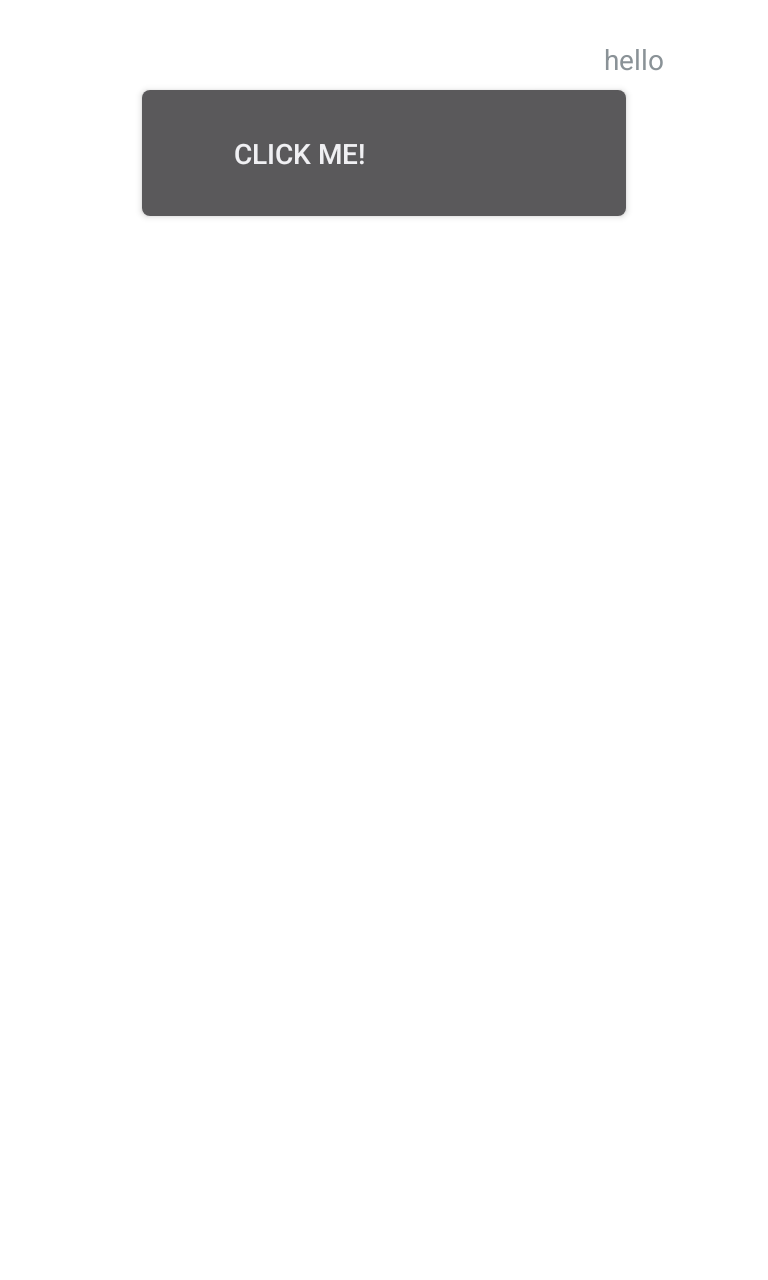
Repository: RibuRoyson/exercise
Layout: HelloWorld/res/layout/layoutgravity.xml
These files come from the project's save history. The layout is drawn as it stood at one moment and after the next save; the edit follows.
It is drawn on a 768 x 1280 px phone screen (xhdpi) without system bars, with theme android:Theme.DeviceDefault.Wallpaper; the app's code is not run.

Above is the layout before, as saved 2015-02-10 04:17:38.

After the next save:
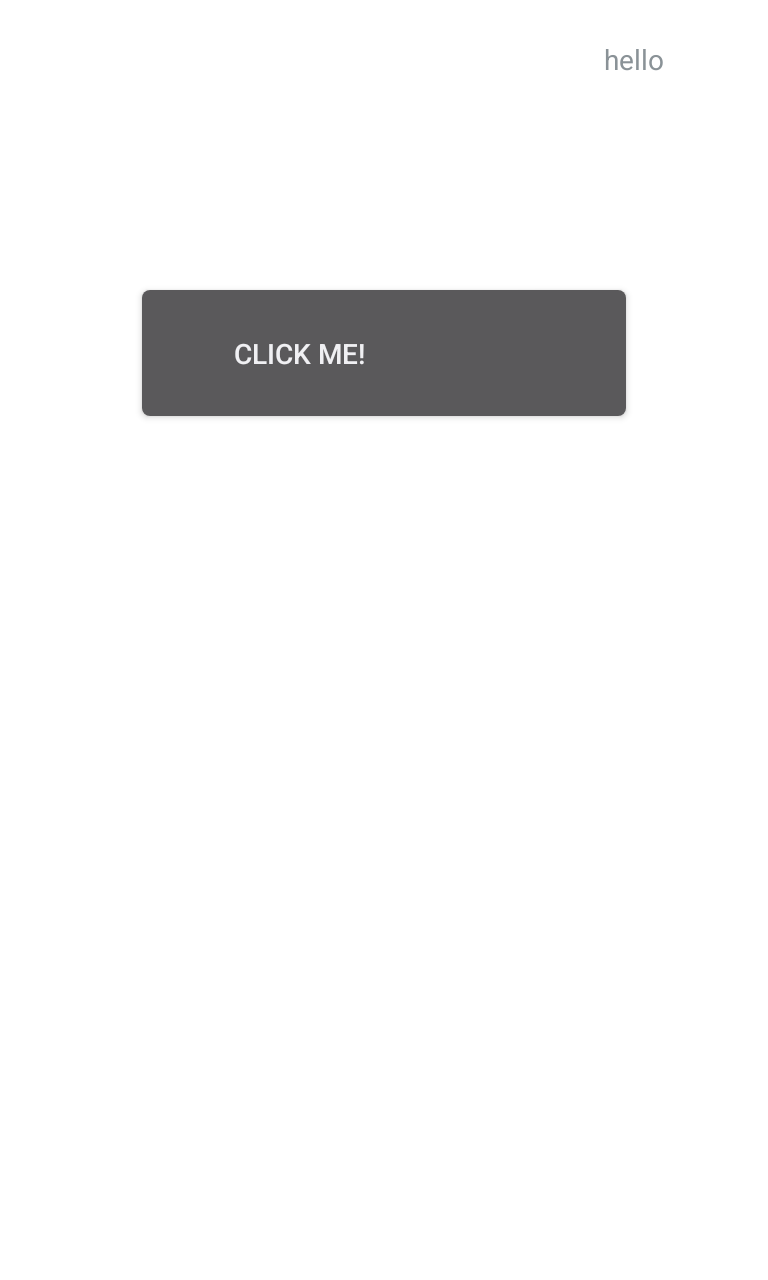
Saved 17 s later.
--- a/HelloWorld/res/layout/layoutgravity.xml
+++ b/HelloWorld/res/layout/layoutgravity.xml
@@ -19,7 +19,8 @@
         android:text="Click me!"
         android:gravity="center|left"
         android:layout_gravity="center"
-        android:paddingLeft="50dp"/>
+        android:paddingLeft="50dp"
+        android:layout_marginTop="100dp"/>
 
 
 </LinearLayout>
